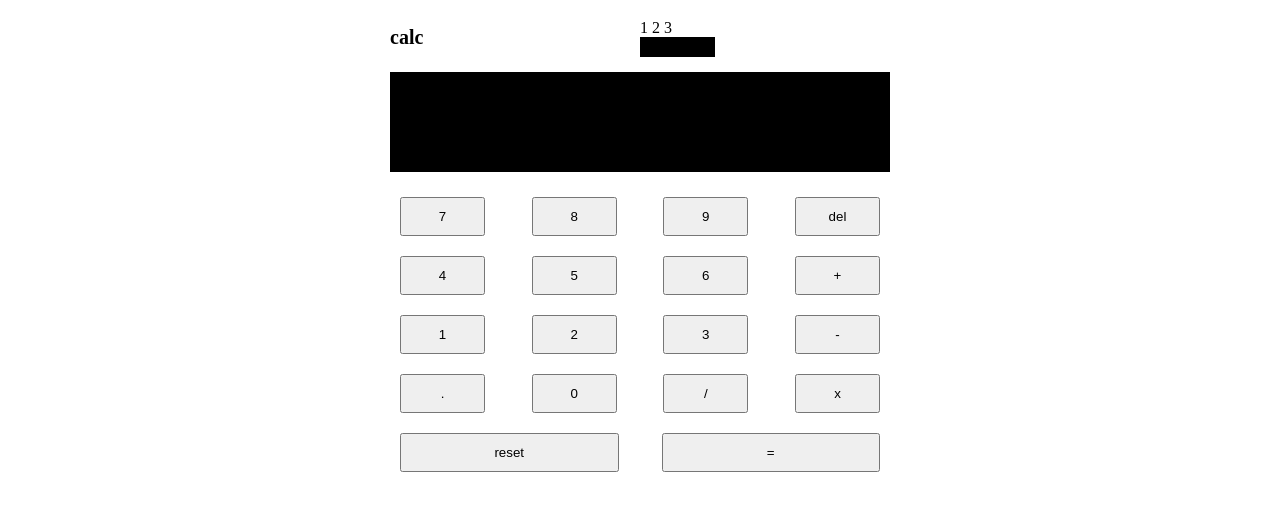
Repository: Eugene44-hub/basic-calculator
Page: index.html
An editor plug-in stored every save of this project. The page is shown before and after the next save, followed by the edit.
The browser window is 1280 px wide. The pictures show the whole page.

Above is the page before, as saved 2021-10-02 02:32:22.
Console error: SyntaxError: Unexpected end of input

After the next save:
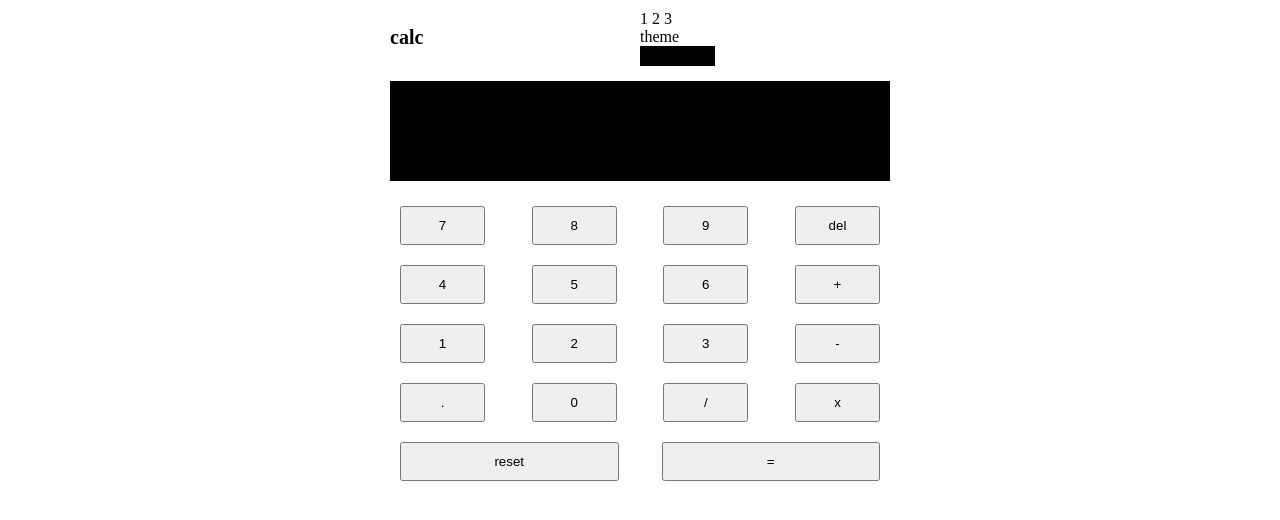
Saved 24 s later.
--- a/style.css
+++ b/style.css
@@ -14,7 +14,7 @@
     flex-wrap: wrap;
 }
 
-.toggle {
+.bar {
     background-color: black;
     height: 20px;
 }

After the save that followed:
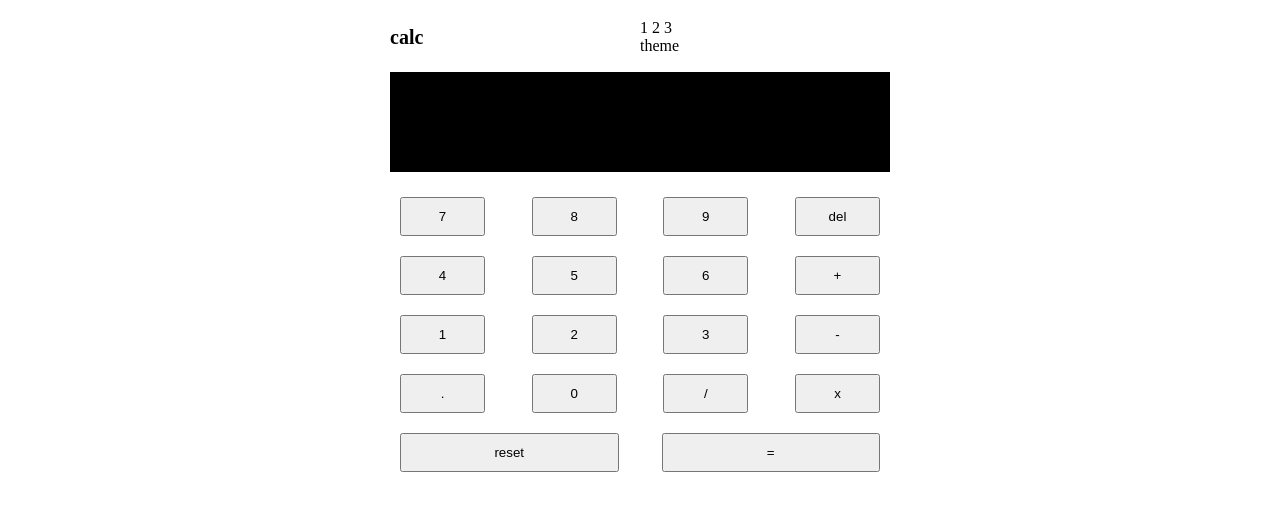
Saved 55 s later.
--- a/style.css
+++ b/style.css
@@ -12,6 +12,10 @@
 .theme {
     display: flex;
     flex-wrap: wrap;
+}
+
+.toggle {
+    display: flex;
 }
 
 .bar {
